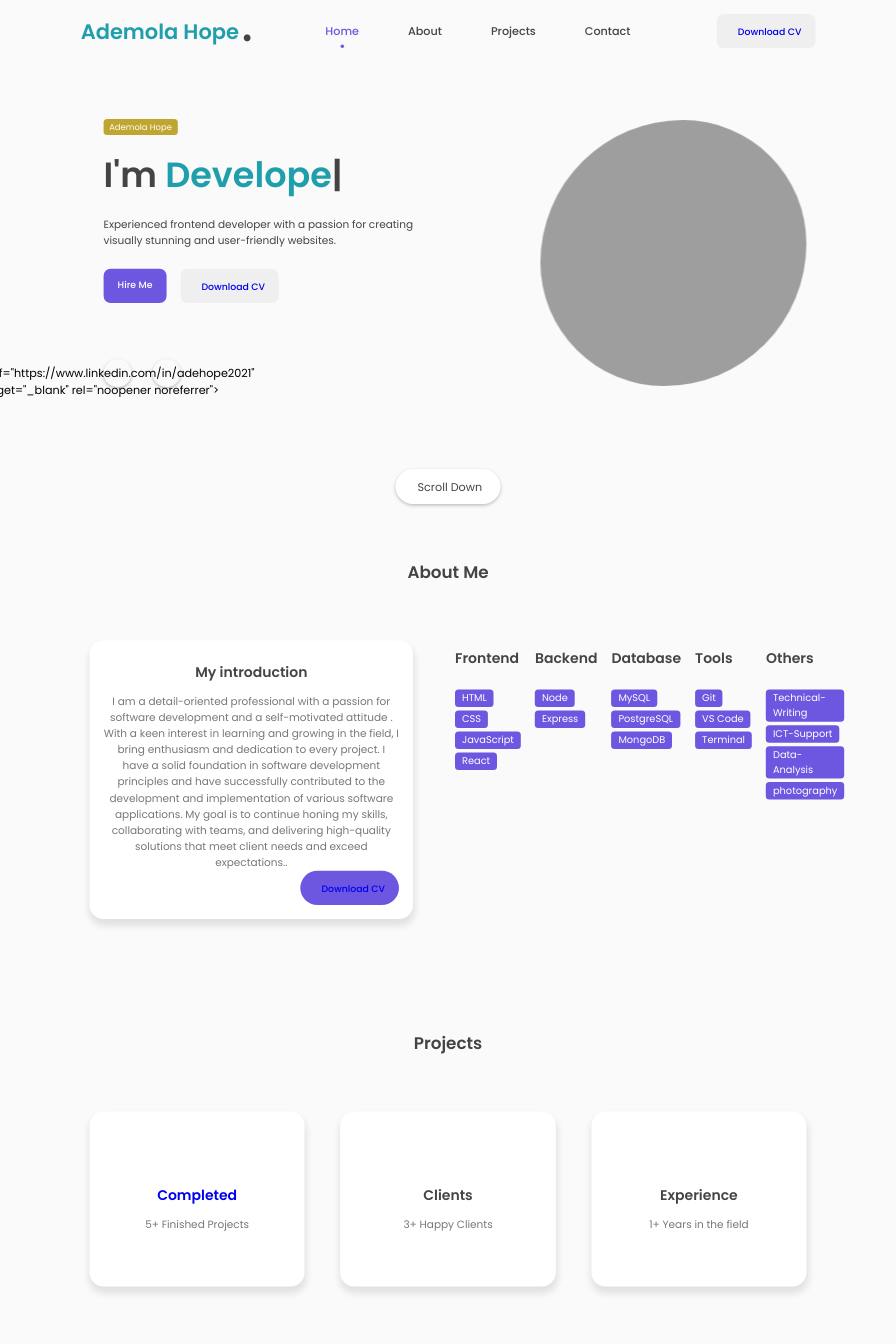
Repository: adehope1/My_Portfoilo
Page: index.html
The author's editor kept a copy of each file at every save. The page is drawn from the files as they stood at one save, then again after the next save.
The browser window is 1280 px wide. The pictures show the part of the page from y = 0 to 1920 px (the page is 2928 px tall), at 70% of full size.
Pictures or frames that could not be fetched are drawn as grey boxes. Some icons come from a web library that is not loaded, so they are not drawn.

Above is the page before, as saved 2024-09-02 15:00:13.
Not found: assets/css/style.css

After the next save:
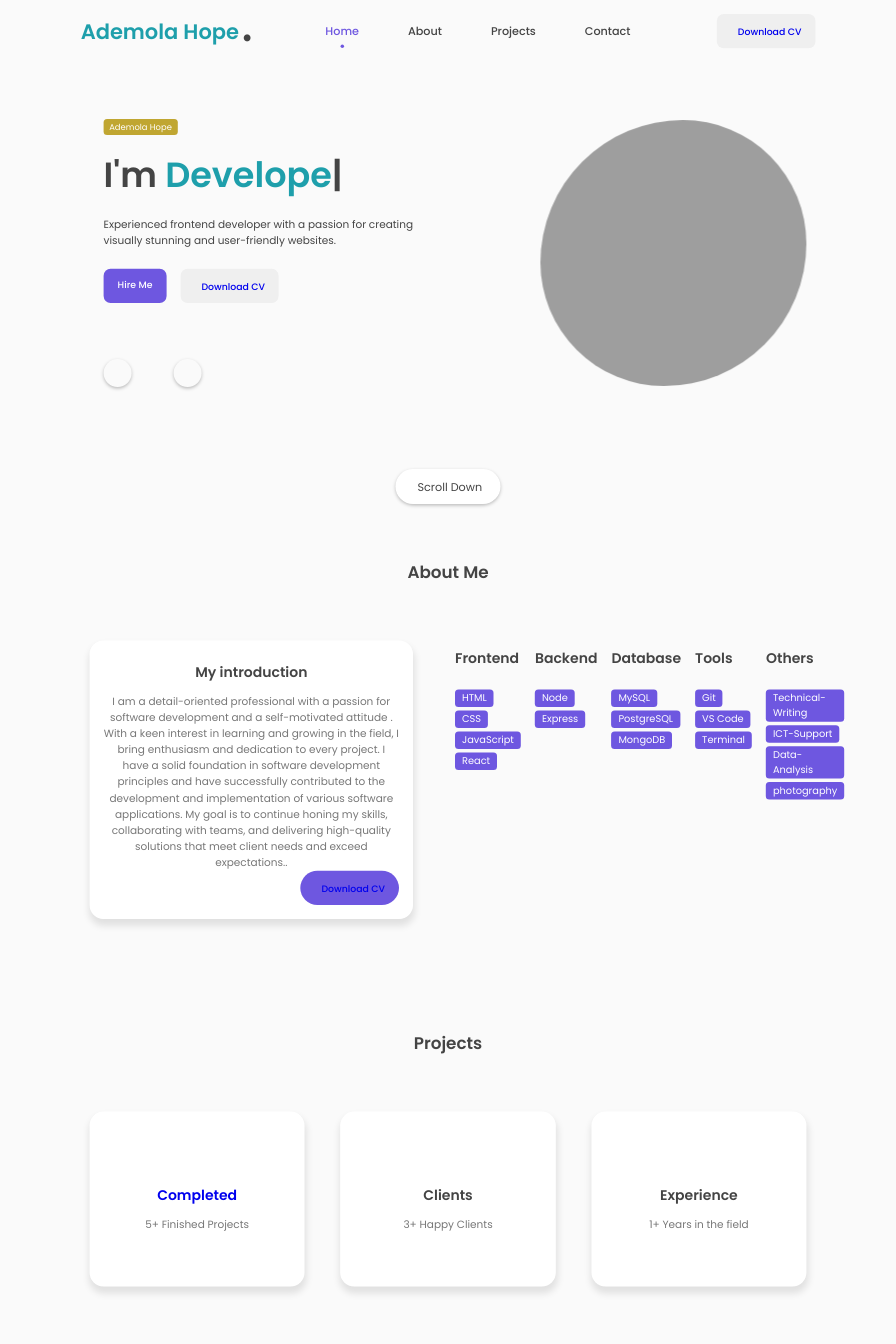
Saved 14 s later.
--- a/index.html
+++ b/index.html
@@ -74,7 +74,7 @@
                 <button class="btn"><i class="uil uil-file-alt"></i><a href="./assest/documents/tech-cve.pdf" download="tech-cve" style="text-decoration: none;">Download CV</a></button>
             </div>
             <div class="social_icons">
-                <div class="icon">< href="https://www.linkedin.com/in/adehope2021" target="_blank" rel="noopener noreferrer"><i class="uil uil-linkedin-alt"></i></div>
+                <div class="icon"><a href="https://www.linkedin.com/in/adehope2021" target="_blank" rel="noopener noreferrer"></a<i class="uil uil-linkedin-alt"></i></div>
                 <div class="icon"><a href="https://github.com/adehope1/" target="_blank"></a><i class="uil uil-github-alt"></i></div>
             </div>
           </div>

After the save that followed:
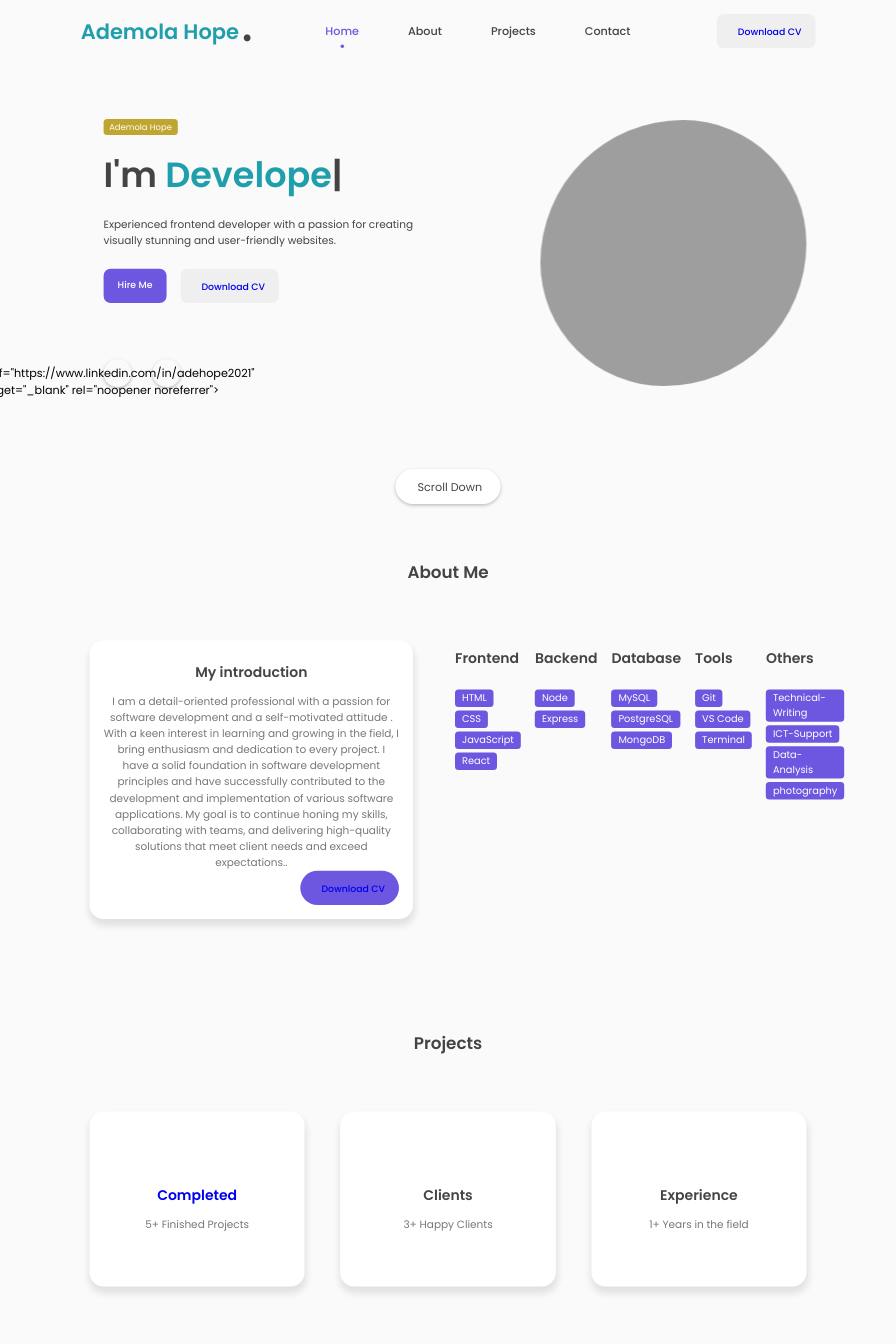
Saved 6 s later.
--- a/index.html
+++ b/index.html
@@ -74,7 +74,7 @@
                 <button class="btn"><i class="uil uil-file-alt"></i><a href="./assest/documents/tech-cve.pdf" download="tech-cve" style="text-decoration: none;">Download CV</a></button>
             </div>
             <div class="social_icons">
-                <div class="icon"><a href="https://www.linkedin.com/in/adehope2021" target="_blank" rel="noopener noreferrer"></a<i class="uil uil-linkedin-alt"></i></div>
+                <div class="icon">< href="https://www.linkedin.com/in/adehope2021" target="_blank" rel="noopener noreferrer"><i class="uil uil-linkedin-alt"></i></div>
                 <div class="icon"><a href="https://github.com/adehope1/" target="_blank"></a><i class="uil uil-github-alt"></i></div>
             </div>
           </div>
